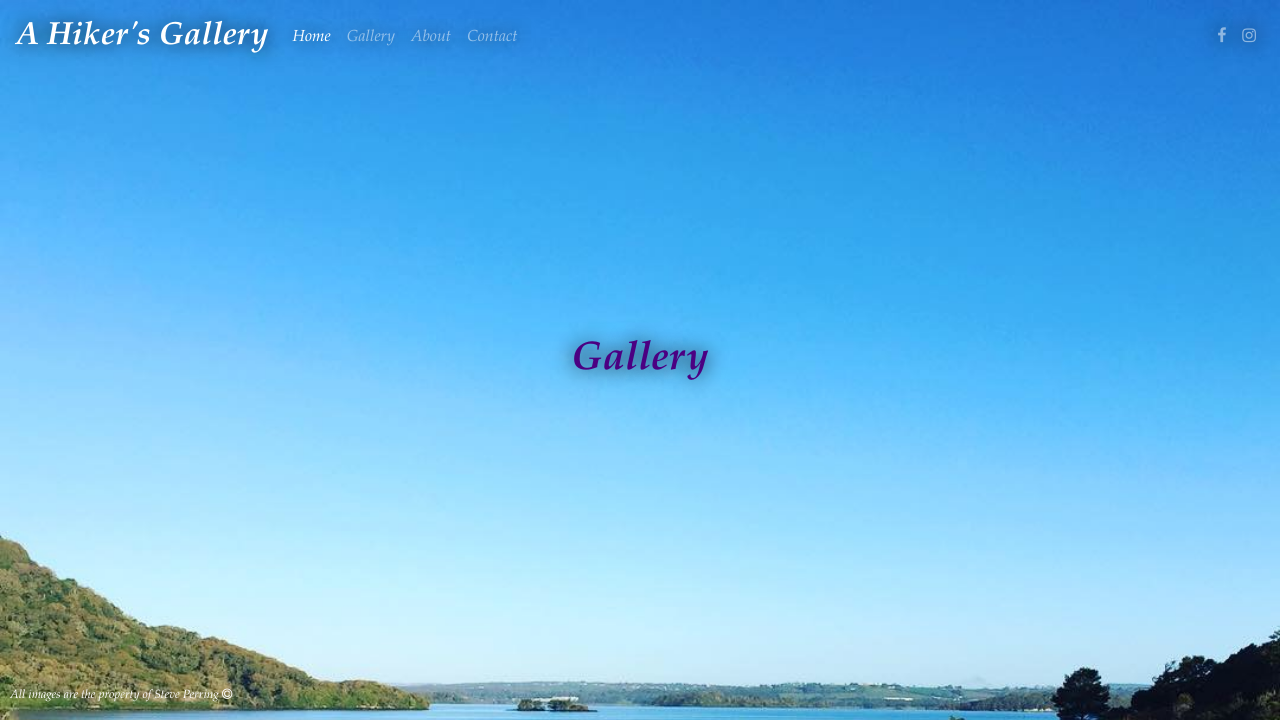
Repository: S-Perring/hiker
Page: index.html
The author's editor kept a record of every edit. The page is drawn from the files as they stood at one moment, then again after the next edit.
The browser window is 1280 px wide. The pictures show the whole page.

Above is the page before.

### index.html
<!DOCTYPE html>
<html lang="en">
<head>
    <meta charset="UTF-8">
    <meta name="viewport" content="width=device-width, initial-scale=1.0">
    <meta http-equiv="X-UA-Compatible" content="ie=edge">
    <link rel="stylesheet" href="https://stackpath.bootstrapcdn.com/bootstrap/4.3.1/css/bootstrap.min.css" type="text/css" />
    <link rel="stylesheet" href="https://stackpath.bootstrapcdn.com/font-awesome/4.7.0/css/font-awesome.min.css" type="text/css" />
    <link rel="stylesheet" href="https://cdnjs.cloudflare.com/ajax/libs/font-awesome/4.7.0/css/font-awesome.min.css">
    <link rel="stylesheet" href="css/style.css" type="text/css" />
    <title>Hiker's Gallery</title>
</head>

<body>

<header>
  <nav class="navbar fixed-top navbar-expand-sm navbar-dark scrolling-navbar">
    <a class="navbar-brand" href="#"><strong>A Hiker's Gallery</strong></a>
    <button class="navbar-toggler" type="button" data-toggle="collapse" data-target="#navbarSupportedContent"
      aria-controls="navbarSupportedContent" aria-expanded="false" aria-label="Toggle navigation">
      <span class="navbar-toggler-icon"></span>
    </button>
    <div class="collapse navbar-collapse" id="navbarSupportedContent">
      <ul class="navbar-nav mr-auto">
        <li class="nav-item active">
          <a class="nav-link" href="index.html">Home <span class="sr-only">(current)</span></a>
        </li>
        <li class="nav-item">
          <a class="nav-link" href="gallery.html">Gallery</a>
        </li>
        <li class="nav-item">
          <a class="nav-link" href="about.html">About</a>
        </li>
        <li class="nav-item">
          <a class="nav-link" href="contact">Contact</a>
        </li>
      </ul>
      <ul class="navbar-nav nav-flex-icons">
        <li class="nav-item">
          <a class="nav-link"><i class="fa fa-facebook"></i></a>
        </li>
        <li class="nav-item">
          <a class="nav-link"><i class="fa fa-instagram"></i></a>
        </li>
      </ul>
    </div>
  </nav>

</header>

<section>
    <div class="main-pic">

        <div>
            <a class="explore" href="gallery.html">Gallery</a>
        </div>
    </div>


</section>

<footer class="fixed-bottom">
   <p>All images are the property of Steve Perring  <i class="fa fa-copyright"></i></p>
</footer>


</body>

</html>

### css/style.css
@import url('https://fonts.googleapis.com/css?family=Roboto:100,200,300,400,500,600,700|Exo:100,200,300,400,500,600,700');


.nav-link {
    font-family: Garamond;
    color: #f0ece1;
    font-weight: 200;
    font-style: italic;
}


.main-pic {
    background-image: url(../css/images/IMG_5437.JPG);
    background-size: cover;
    max-width: 100%;
    height: 100vh;
    padding: 0;
    display: flex;
    align-items: center;
    justify-content: center;
    position: relative;
    background-repeat: no-repeat;

}


.navbar-brand {
    font-family: Garamond;
    font-size: 2em;
    font-style: italic;
    color: #f0ece1;
    border-color: #f0ece1;
}

.explore {
    font-family: Garamond;
    text-align: center;
    font-style: italic;
    font-size: 2.5em;
    font-weight: bolder;
    color: #4B0082;

}


a {
    text-decoration: none;
    background-color: transparent;
    text-shadow: 0 0 20px black;
}

footer {
    padding-left: 10px;
    position: relative;
    font-family: Garamond;
    font-style: italic;
    color: #fff;
    font-size: .75em;
}

a:hover {
  text-decoration: none;
  text-transform: capitalize;
  color: #fff;

}

After the next edit:
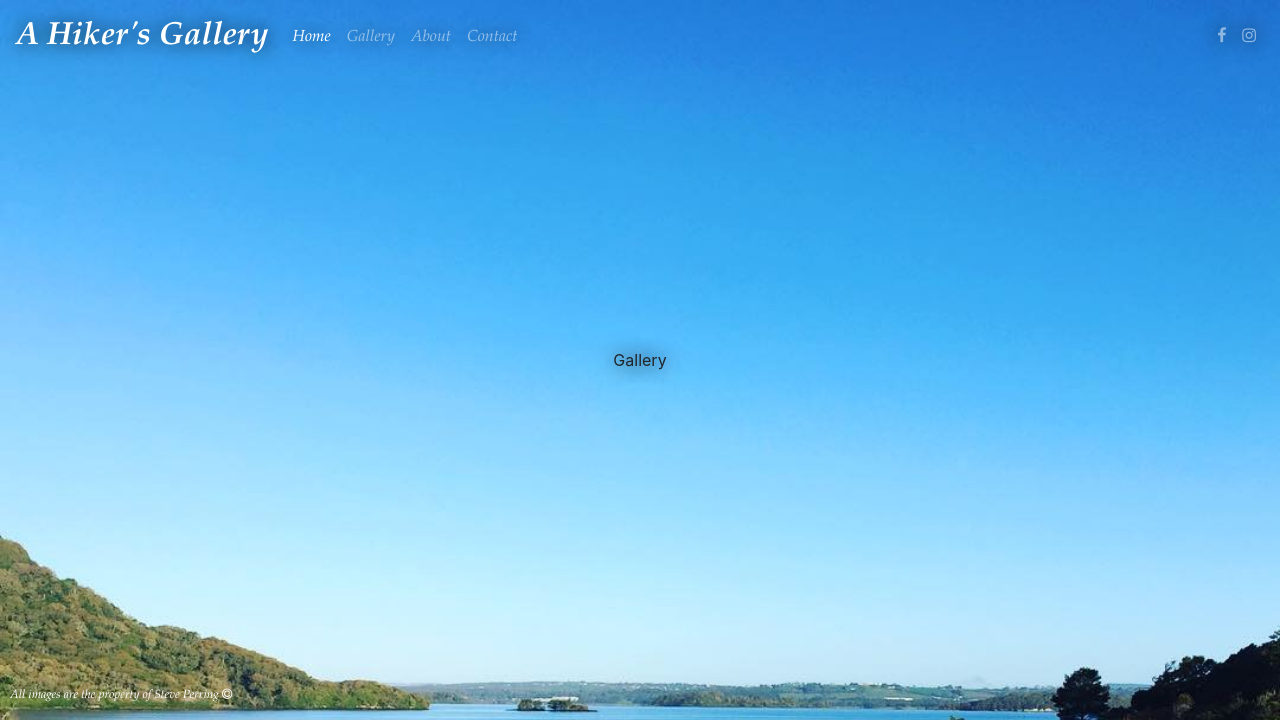
The edit:
--- a/index.html
+++ b/index.html
@@ -52,7 +52,7 @@
     <div class="main-pic">
 
         <div>
-            <a class="explore" href="gallery.html">Gallery</a>
+            <a class="btn" href="gallery.html">Gallery</a>
         </div>
     </div>
 

After the 2 edits that followed:
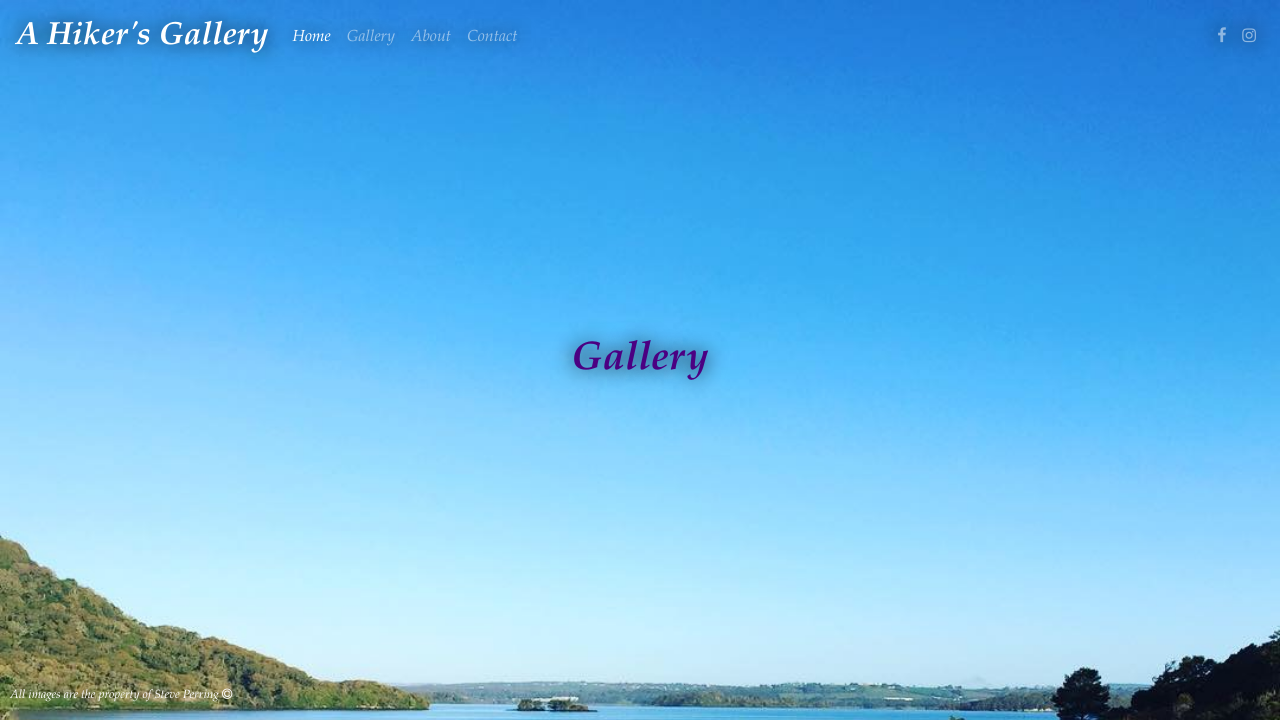
The 2 edits are shown as one change because 1 left the picture as it was.
The edit:
--- a/index.html
+++ b/index.html
@@ -52,7 +52,7 @@
     <div class="main-pic">
 
         <div>
-            <a class="btn" href="gallery.html">Gallery</a>
+            <a class="explore" href="gallery.html">Gallery</a>
         </div>
     </div>
 
@@ -63,6 +63,9 @@
    <p>All images are the property of Steve Perring  <i class="fa fa-copyright"></i></p>
 </footer>
 
+    <script src="https://code.jquery.com/jquery-3.3.1.slim.min.js"></script>
+    <script src="https://cdnjs.cloudflare.com/ajax/libs/popper.js/1.14.7/umd/popper.min.js"></script>
+    <script src="https://stackpath.bootstrapcdn.com/bootstrap/4.3.1/js/bootstrap.min.js"></script>
 
 </body>
 
